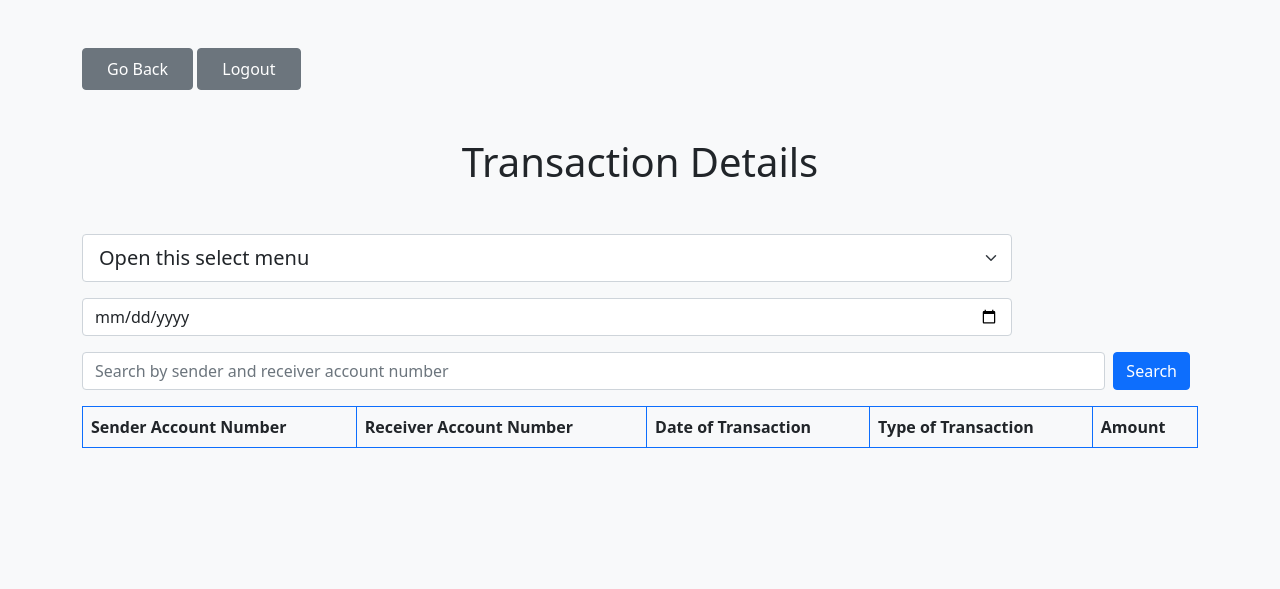
Repository: valletivarish/monojsp
Page: http://localhost/11-bank-application/view-transactions.jsp
An editor plug-in stored every save of this project. The page is shown before and after the next save, followed by the edit.
The browser window is 1280 px wide. The pictures show the whole page.
The page is served by Tomcat 9. The template is opened directly, without the code that normally fills it, so the values that code supplies are empty.

Above is the page before, as saved 2024-07-22 09:24:22.

After the next save:
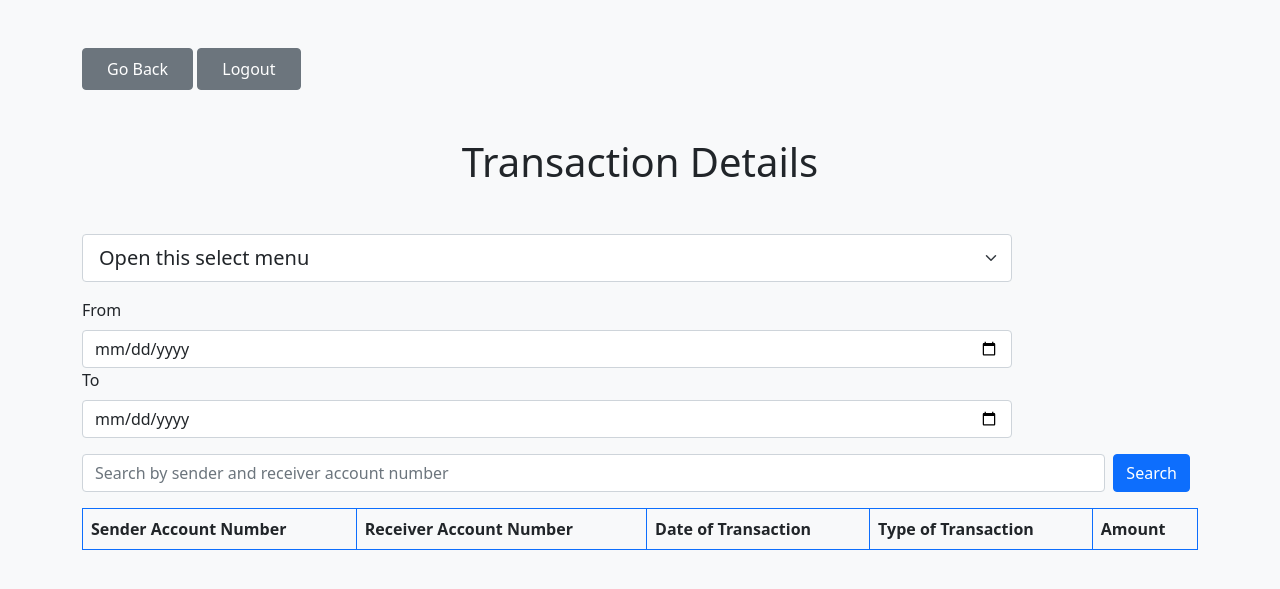
Saved 2 min 23 s later.
--- a/11-bank-application/WebContent/view-transactions.jsp
+++ b/11-bank-application/WebContent/view-transactions.jsp
@@ -45,7 +45,10 @@ prefix="c"%>
               Receiver Account Number
             </option>
           </select>
-          <input type="date" class="form-control">
+          <label class="form-label" for="from">From</label>
+          <input type="date" class="form-control" name="from" id="from">
+                    <label class="form-label" for="to">To</label>
+          <input type="date" class="form-control" name="to" id="to">
 
         </div>
         <div class="d-flex my-3">
